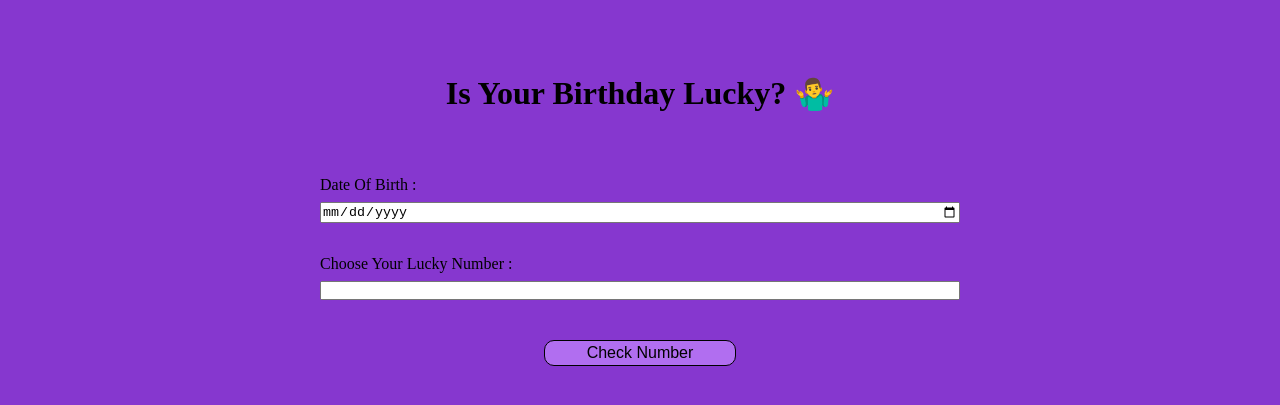
Repository: patelamancode/Lucky-Birthday-App
Page: index.html
The author's editor kept a copy of each file at every save. The page is drawn from the files as they stood at one save, then again after the next save.
The browser window is 1280 px wide. The pictures show the whole page.

Above is the page before, as saved 2022-11-21 18:18:31.

After the next save:
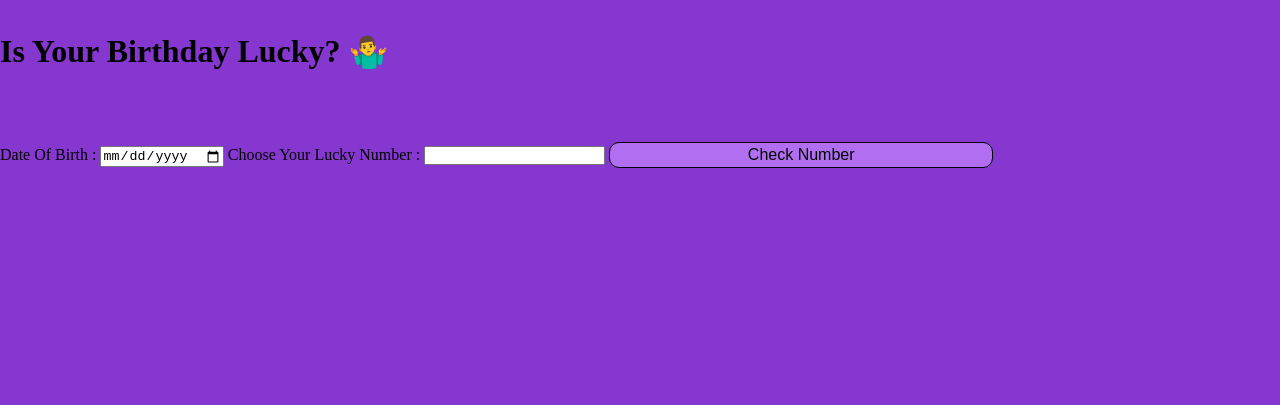
Saved 32 s later.
--- a/index.css
+++ b/index.css
@@ -6,7 +6,7 @@
     background-color: rgb(134, 55, 207);
  }
 
- #main-container {
+ #main-container #display-container{
     display: flex;
     flex-direction: column;
     width: 50vw;

After the save that followed:
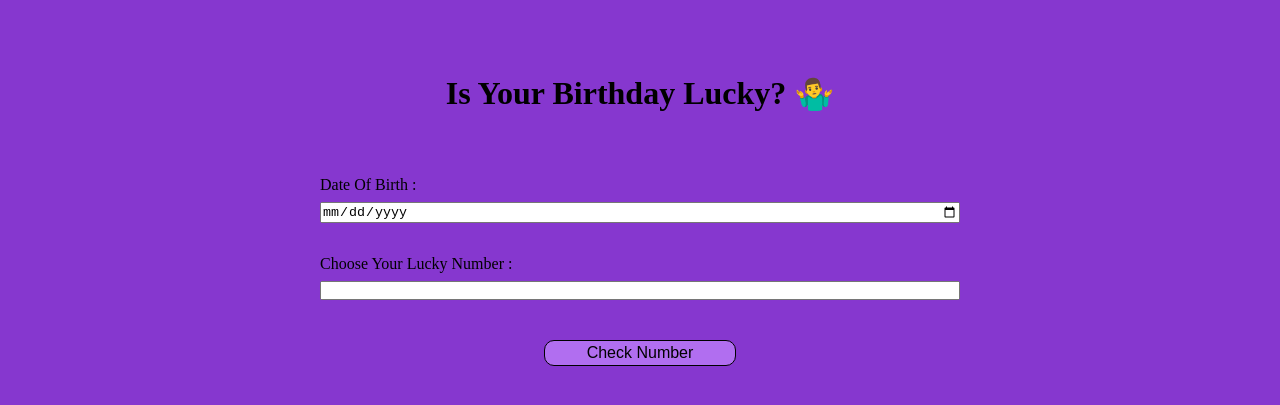
Saved 39 s later.
--- a/index.css
+++ b/index.css
@@ -6,7 +6,7 @@
     background-color: rgb(134, 55, 207);
  }
 
- #main-container #display-container{
+ #main-container {
     display: flex;
     flex-direction: column;
     width: 50vw;
